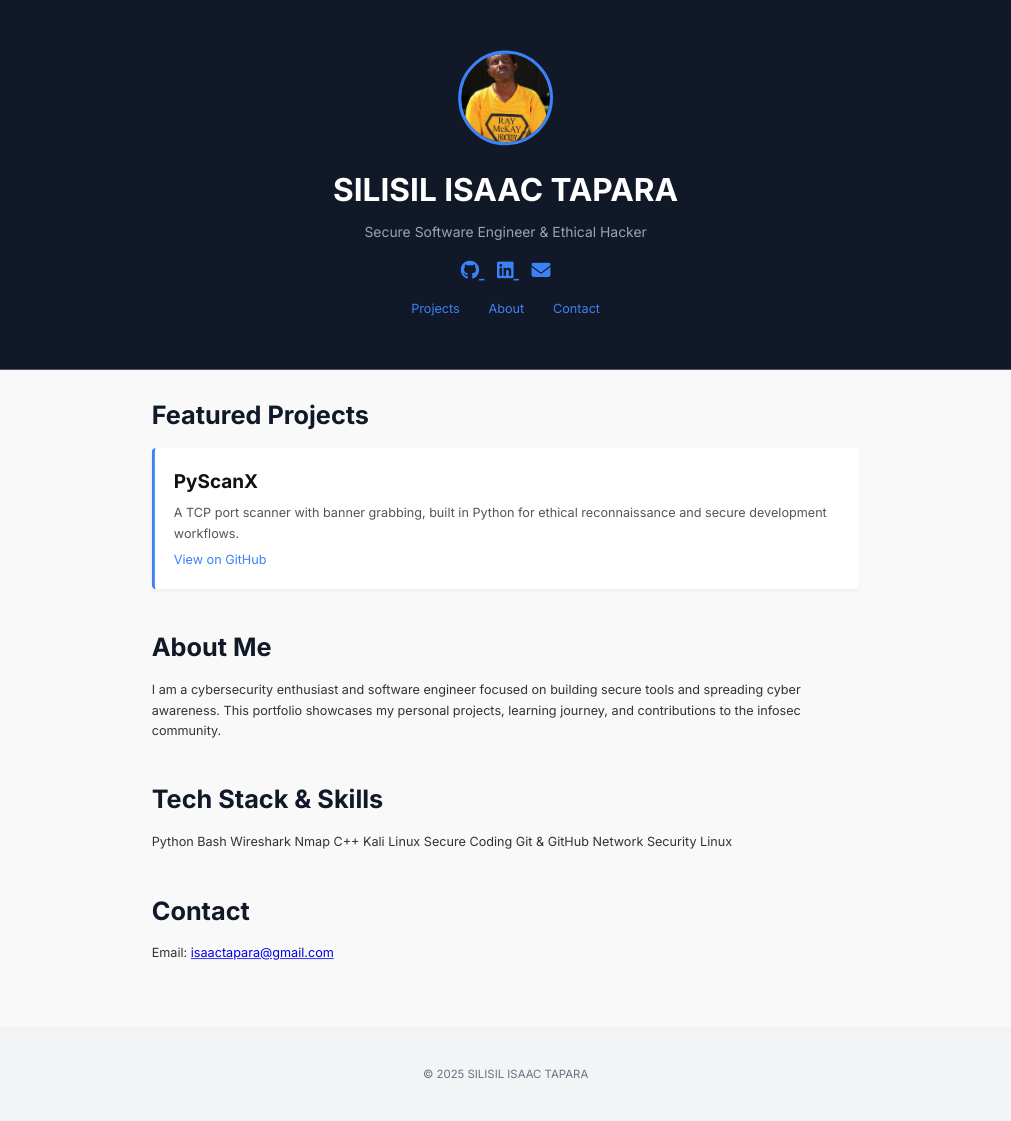
Repository: isaactapara/isaactapara.github.io
Page: index.html
The author's editor kept a copy of each file at every save. The page is drawn from the files as they stood at one save, then again after the next save.
The browser window is 1280 px wide. The pictures show the whole page, at 79% of full size.
Some web libraries are served in a nearby version.

Above is the page before, as saved 2025-07-17 10:35:19.

### index.html
<!DOCTYPE html>
<html lang="en">
<head>
  <meta charset="UTF-8" />
  <meta name="viewport" content="width=device-width, initial-scale=1.0"/>
  <title>SILISIL ISAAC TAPARA | Cybersecurity Portfolio</title>
  <link rel="stylesheet" href="style.css" />
  <link href="https://fonts.googleapis.com/css2?family=Inter:wght@400;600;700&display=swap" rel="stylesheet" />
  <script src="https://kit.fontawesome.com/a076d05399.js" crossorigin="anonymous"></script>
</head>
<body>
  <header>
    <div class="container text-center">
      <img src="assets/isaac.jpg" alt="Profile Photo" class="profile-photo" />
      <h1>SILISIL ISAAC TAPARA</h1>
      <p class="subtitle">Secure Software Engineer & Ethical Hacker</p>

      <div class="social-icons">
        <a href="https://github.com/isaactapara" target="_blank" aria-label="GitHub">
          <i class="fab fa-github"></i>
        </a>
        <a href="https://linkedin.com/in/isaactapara" target="_blank" aria-label="LinkedIn">
          <i class="fab fa-linkedin"></i>
        </a>
        <a href="mailto:isaactapara@gmail.com" aria-label="Email">
          <i class="fas fa-envelope"></i>
        </a>
      </div>

      <nav>
        <a href="#projects">Projects</a>
        <a href="#about">About</a>
        <a href="#contact">Contact</a>
      </nav>
    </div>
  </header>

  <main class="container">
    <section id="projects">
      <h2>Featured Projects</h2>
      <div class="project-card">
        <h3>PyScanX</h3>
        <p>A TCP port scanner with banner grabbing, built in Python for ethical reconnaissance and secure development workflows.</p>
        <a href="https://github.com/isaactapara/PyScanx" target="_blank">View on GitHub</a>
      </div>
    </section>

    <section id="about">
      <h2>About Me</h2>
      <p>I am a cybersecurity enthusiast and software engineer focused on building secure tools and spreading cyber awareness. This portfolio showcases my personal projects, learning journey, and contributions to the infosec community.</p>
    </section>
<section id="skills">
  <h2>Tech Stack & Skills</h2>
  <div class="skills-grid">
    <span>Python</span>
    <span>Bash</span>
    <span>Wireshark</span>
    <span>Nmap</span>
    <span>C++</span>
    <span>Kali Linux</span>
    <span>Secure Coding</span>
    <span>Git & GitHub</span>
    <span>Network Security</span>
    <span>Linux</span>
  </div>
</section>

    <section id="contact">
      <h2>Contact</h2>
      <p>Email: <a href="mailto:isaactapara@gmail.com">isaactapara@gmail.com</a></p>
    </section>
  </main>

  <footer>
    <div class="container">
      <p>&copy; 2025 SILISIL ISAAC TAPARA</p>
    </div>
  </footer>
</body>
</html>

### style.css
* {
  box-sizing: border-box;
  margin: 0;
  padding: 0;
}

body {
  font-family: 'Inter', sans-serif;
  background: #f9f9f9;
  color: #333;
  line-height: 1.6;
}

.container {
  max-width: 960px;
  margin: 0 auto;
  padding: 2rem;
}

header {
  background: #111827;
  color: white;
  padding: 2rem 0;
  text-align: center;
}

header h1 {
  font-size: 2.5rem;
  margin-bottom: 0.5rem;
}

.subtitle {
  font-size: 1.1rem;
  color: #9ca3af;
}

nav {
  margin-top: 1rem;
}

nav a {
  margin: 0 1rem;
  color: #3b82f6;
  text-decoration: none;
  font-weight: 500;
}

nav a:hover {
  text-decoration: underline;
}

main section {
  margin-bottom: 3rem;
}

h2 {
  font-size: 2rem;
  color: #111827;
  margin-bottom: 1rem;
}

.project-card {
  background: white;
  padding: 1.5rem;
  border-left: 4px solid #3b82f6;
  box-shadow: 0 2px 5px rgba(0,0,0,0.05);
  margin-bottom: 1.5rem;
  border-radius: 6px;
}

.project-card h3 {
  font-size: 1.5rem;
  color: #111;
  margin-bottom: 0.5rem;
}

.project-card p {
  color: #555;
  margin-bottom: 0.5rem;
}

.project-card a {
  color: #3b82f6;
  font-weight: 500;
  text-decoration: none;
}

.project-card a:hover {
  text-decoration: underline;
}

footer {
  background: #f3f4f6;
  text-align: center;
  padding: 1rem;
  font-size: 0.9rem;
  color: #6b7280;
}

.profile-photo {
  width: 120px;
  height: 120px;
  border-radius: 50%;
  object-fit: cover;
  margin-bottom: 1rem;
  border: 4px solid #3b82f6;
}

.social-icons {
  margin-top: 1rem;
}

.social-icons a {
  color: #3b82f6;
  margin: 0 0.5rem;
  font-size: 1.5rem;
  transition: color 0.3s ease;
}

.social-icons a:hover {
  color: #1e40af;
}

After the next save:
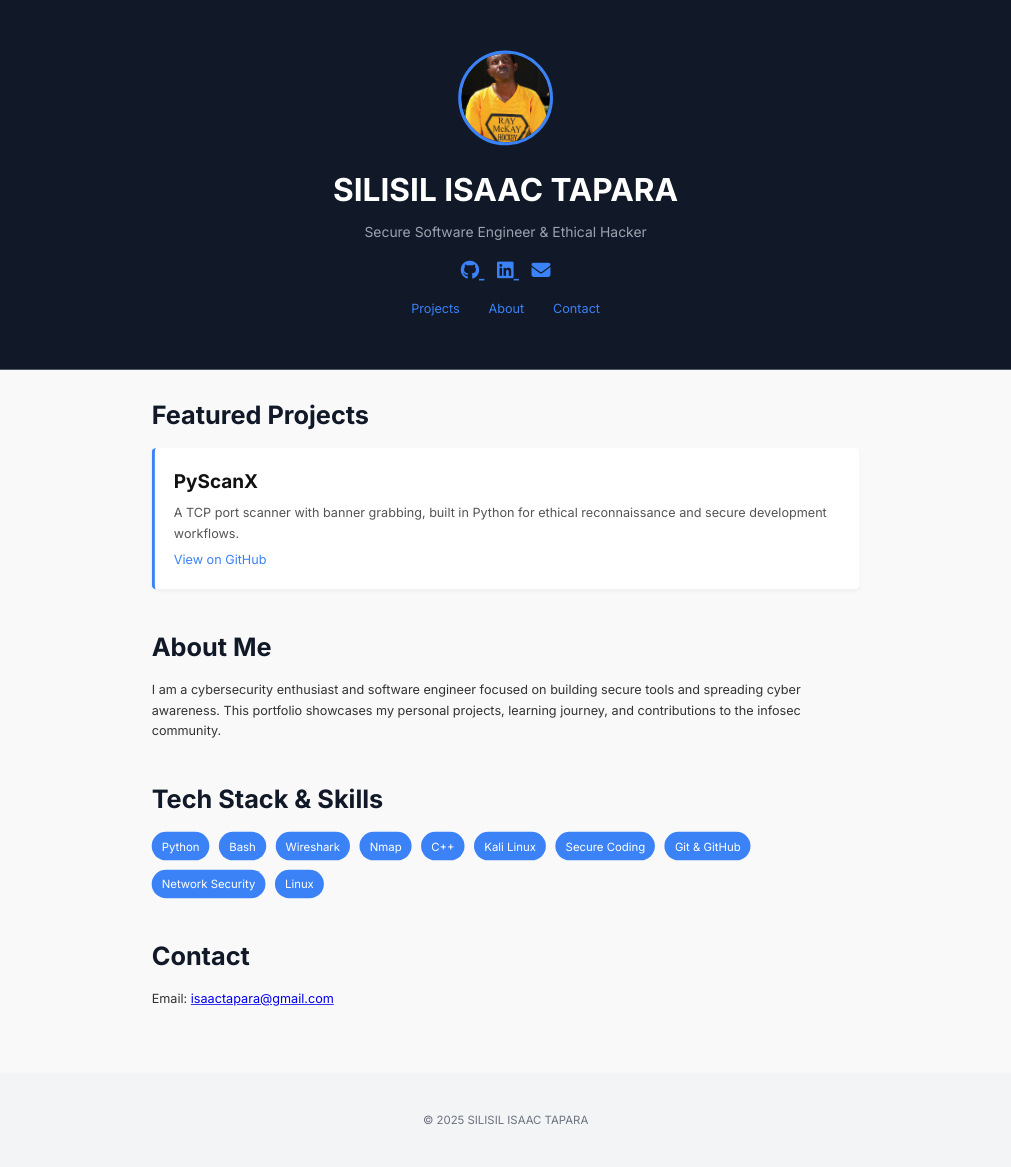
Saved 36 s later.
--- a/style.css
+++ b/style.css
@@ -120,3 +120,17 @@ footer {
 .social-icons a:hover {
   color: #1e40af;
 }
+.skills-grid {
+  display: flex;
+  flex-wrap: wrap;
+  gap: 0.75rem;
+}
+
+.skills-grid span {
+  background-color: #3b82f6;
+  color: white;
+  padding: 0.4rem 0.8rem;
+  border-radius: 20px;
+  font-size: 0.9rem;
+  font-weight: 500;
+}
